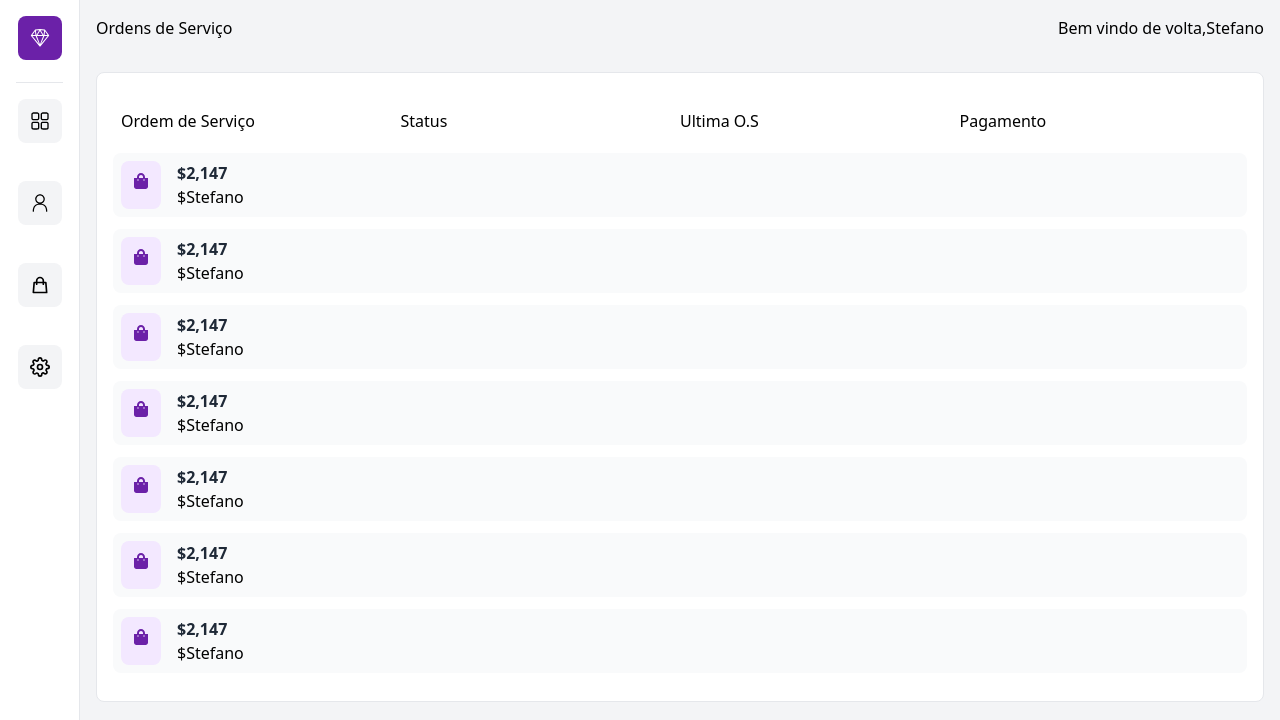
Repository: stefanosousaa/dashboard-next13
Page: /orders
These files come from the project's save history. The page is drawn as it stood at one moment and after the next save; the edit follows.
The browser window is 1280 px wide. The pictures show the whole page.
The project was rebuilt for these pictures with package versions that can differ from the ones it lists, and the page was loaded fresh each time. The framework's server and built-in components were replaced by stand-ins that run in the browser. Also part of the build but not shown: next.config.js.

Above is the page before, as saved 2023-05-18 18:32:54.

### pages/_app.js
import Sidebar from '@/components/Sidebar'
import '@/styles/globals.css'

export default function App({ Component, pageProps }) {
  return (
    <Sidebar>
        <Component {...pageProps} />
    </Sidebar>

  )
}

### pages/orders.jsx
import React from 'react'
import { FaShoppingBag } from 'react-icons/fa'
import {data} from '../data/data.js'

const orders = () => {
  return (
    <div className='bg-gray-100 min-h-screen'>
        <div className='flex justify-between p-4'>
            <h2>Ordens de Serviço</h2>
            <h2>Bem vindo de volta,Stefano</h2>
        </div>
        <div className='p-4'>
            <div className='w-full m-auto p-4 border rounded-lg bg-white overflow-y-auto'>
              <div className='my-3 p-2 grid md:grid-cols-4 sm:grid-cols-3 grid-cols-2 items-center justify-between cursor-pointer'>
                <span>Ordem de Serviço</span>
                <span className='sm:text-left text-right'>Status</span>
                <span className='hidden md:grid'>Ultima O.S</span>
                <span className='hidden sm:grid'>Pagamento</span>
              </div>
              <ul>
                {data.map((order,id) => (
                    <li key={id} className='bg-gray-50 hover:bg-gray-100 rounded-lg my-3 p-2 grid md:grid-cols-4 sm:grid-cols-3 grid-cols-2 items-center justify-between cursor-pointer'>
                      <div className='flex'>
                          <div className='bg-purple-100 p-3 rounded-lg'>
                             <FaShoppingBag className='text-purple-800'/>
                           </div>
                        <div className='pl-4'>
                            <p className='text-gray-800 font-bold'>${order.total.toLocaleString()}</p>
                            <p>${order.name.first}</p>
                        </div>
                        </div>


                    </li>
                ))}
              </ul>
            </div>
        </div>
    </div>
  )
}

export default orders

### components/Sidebar.jsx
import Link from 'next/link'
import Image from 'next/image'
import React from 'react'
import {RxSketchLogo,RxDashboard, RxPerson} from 'react-icons/rx'
import {FiSettings} from 'react-icons/fi'
import {HiOutlineShoppingBag} from 'react-icons/hi'

const Sidebar = ({children}) => {
  return (
    <div className='flex'>
        <div className='fixed w-20 h-screen p-4 bg-white border-r-[1px] flex flex-col justify-between'>
        <div className='flex flex-col items-center'>

          <Link href='/'>
            <div className='bg-purple-800 text-white p-3 rounded-lg inline-block'>
              <RxSketchLogo size={20}/>
            </div>
          </Link>
          <span className='border-b-[1px] border-gray-200 w-full p-2'></span>
          <Link href='/'>
            <div className='bg-gray-100 hover:bg-gray-200 cursor-pointer my-4 p-3 rounded-lg inline-block'>
              <RxDashboard size={20}/>
            </div>
          </Link>
          <Link href='/costumers'>
            <div className='bg-gray-100 hover:bg-gray-200 cursor-pointer my-4 p-3 rounded-lg inline-block'>
              <RxPerson size={20}/>
            </div>
          </Link>
          <Link href='/orders'>
            <div className='bg-gray-100 hover:bg-gray-200 cursor-pointer my-4 p-3 rounded-lg inline-block'>
              <HiOutlineShoppingBag size={20}/>
            </div>
          </Link>
          <Link href='/'>
            <div className='bg-gray-100 hover:bg-gray-200 cursor-pointer my-4 p-3 rounded-lg inline-block'>
              <FiSettings size={20}/>
            </div>
          </Link>
        </div>
        </div>

        <main className='ml-20 w-full'>{children}</main>
    </div>
  )
}

export default Sidebar

### data/data.js
export const data = [
    {
        id:1,
        name: {
            first: 'Stefano',
            last: 'Sousa',
        },
        total: 2147.00,
        status: 'On Hold',
        method: 'PayPal',
        date: '15 minutos atrás',
    },
    {
        id:2,
        name: {
            first: 'Stefano',
            last: 'Sousa',
        },
        total: 2147.00,
        status: 'On Hold',
        method: 'PayPal',
        date: '15 minutos atrás',
    },
    {
        id:3,
        name: {
            first: 'Stefano',
            last: 'Sousa',
        },
        total: 2147.00,
        status: 'On Hold',
        method: 'PayPal',
        date: '15 minutos atrás',
    },
    {
        id:4,
        name: {
            first: 'Stefano',
            last: 'Sousa',
        },
        total: 2147.00,
        status: 'On Hold',
        method: 'PayPal',
        date: '15 minutos atrás',
    },
    {
        id:5,
        name: {
            first: 'Stefano',
            last: 'Sousa',
        },
        total: 2147.00,
        status: 'On Hold',
        method: 'PayPal',
        date: '15 minutos atrás',
    },
    {
        id:6,
        name: {
            first: 'Stefano',
            last: 'Sousa',
        },
        total: 2147.00,
        status: 'On Hold',
        method: 'PayPal',
        date: '15 minutos atrás',
    },
    {
        id:7,
        name: {
            first: 'Stefano',
            last: 'Sousa',
        },
        total: 2147.00,
        status: 'On Hold',
        method: 'PayPal',
        date: '15 minutos atrás',
    },
]

Loaded but not shown: pages/_document.js (common file); pages/api/hello.js (common file); styles/globals.css (common file); tailwind.config.js (common file)

After the next save:
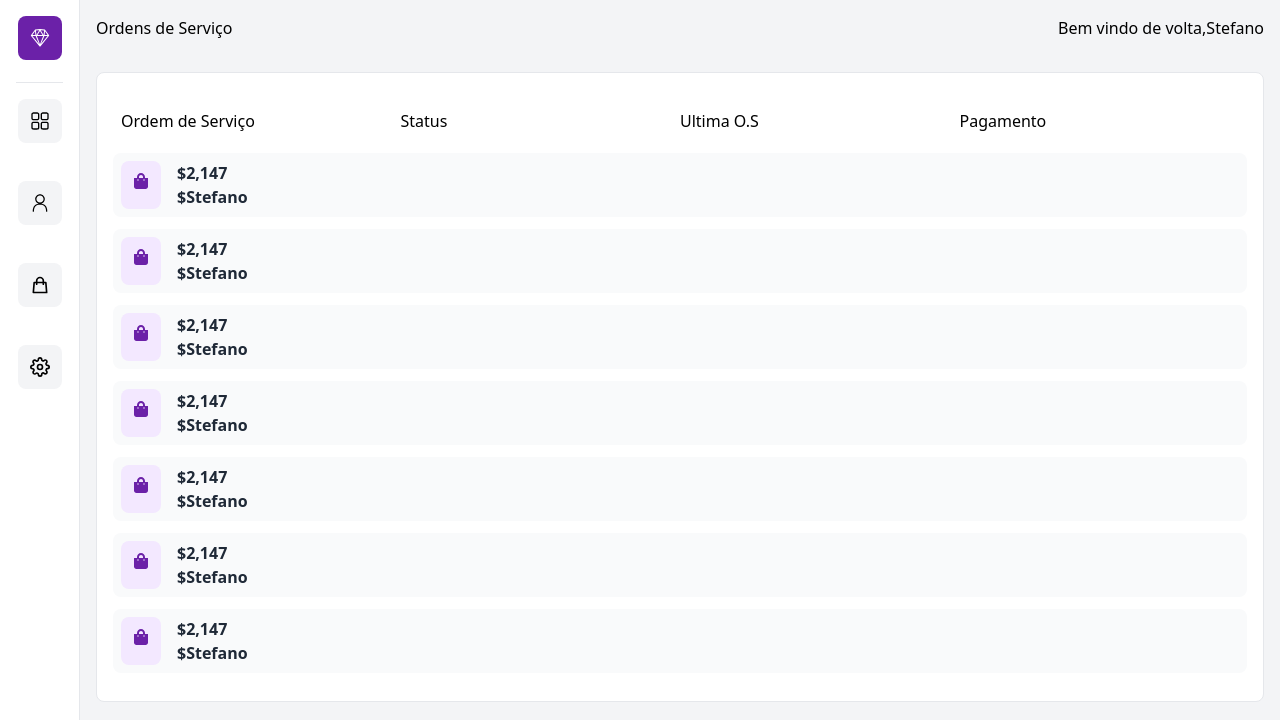
Saved 21 s later.
--- a/pages/orders.jsx
+++ b/pages/orders.jsx
@@ -26,7 +26,7 @@ const orders = () => {
                            </div>
                         <div className='pl-4'>
                             <p className='text-gray-800 font-bold'>${order.total.toLocaleString()}</p>
-                            <p>${order.name.first}</p>
+                            <p className='text-gray-800 font-bold'>${order.name.first}</p>
                         </div>
                         </div>
 
